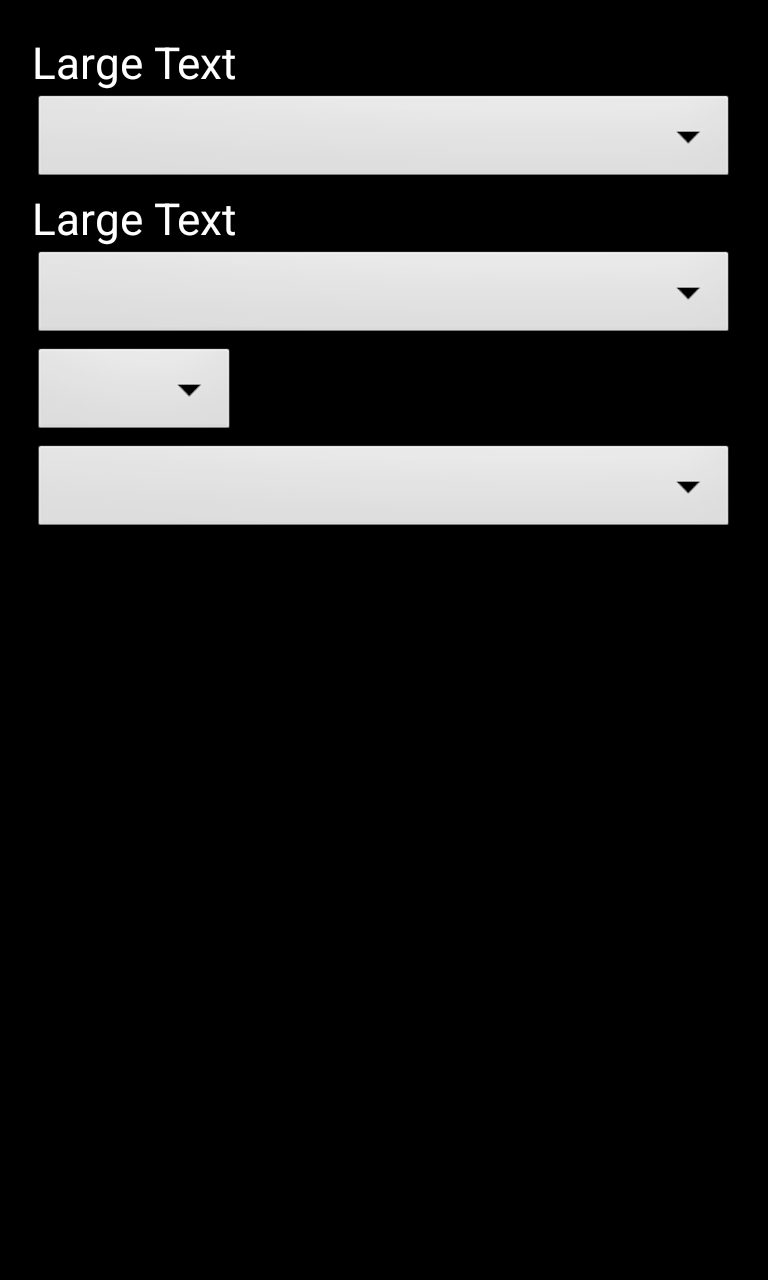
Repository: imhossu/FeedJulia
Layout: FeedJulia/res/layout/activity_survey.xml
These files come from the project's save history. The layout is drawn as it stood at one moment and after the next save; the edit follows.
It is drawn on a 768 x 1280 px phone screen (xhdpi) without system bars, with theme android:Theme.NoTitleBar; the app's code is not run.

Above is the layout before, as saved 2014-01-26 00:40:18.

After the next save:
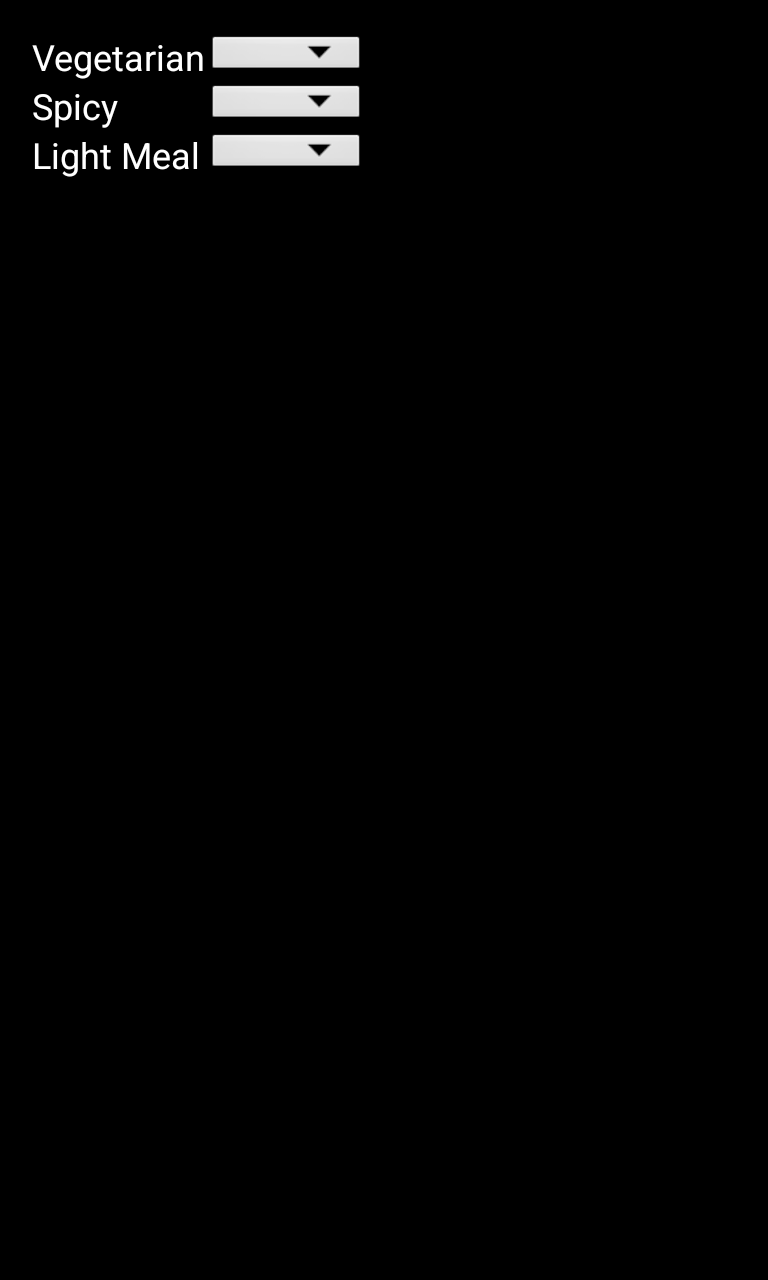
Saved 67 s later.
--- a/FeedJulia/res/layout/activity_survey.xml
+++ b/FeedJulia/res/layout/activity_survey.xml
@@ -29,41 +29,34 @@
             android:layout_height="wrap_content" >
 
             <TextView
-                android:id="@+id/textView1"
+                android:id="@+id/TextView01"
                 android:layout_width="wrap_content"
                 android:layout_height="wrap_content"
-                android:text="Large Text"
-                android:textAppearance="?android:attr/textAppearanceLarge" />
+                android:text="Vegetarian"
+                android:textAppearance="?android:attr/textAppearanceMedium" />
 
+            <Spinner
+                android:id="@+id/Spinner01"
+                android:layout_width="match_parent"
+                android:layout_height="match_parent" />
         </TableRow>
-
-        <Spinner
-            android:id="@+id/spinner2"
-            android:layout_width="wrap_content"
-            android:layout_height="wrap_content" />
-
-        <TextView
-            android:id="@+id/textView2"
-            android:layout_width="wrap_content"
-            android:layout_height="wrap_content"
-            android:text="Large Text"
-            android:textAppearance="?android:attr/textAppearanceLarge" />
-
-        <Spinner
-            android:id="@+id/spinner1"
-            android:layout_width="wrap_content"
-            android:layout_height="wrap_content" />
 
         <TableRow
             android:id="@+id/tableRow3"
             android:layout_width="wrap_content"
             android:layout_height="wrap_content" >
 
+            <TextView
+                android:id="@+id/TextView02"
+                android:layout_width="wrap_content"
+                android:layout_height="wrap_content"
+                android:text="Spicy"
+                android:textAppearance="?android:attr/textAppearanceMedium" />
+
             <Spinner
-                android:id="@+id/spinner3"
+                android:id="@+id/Spinner02"
                 android:layout_width="match_parent"
                 android:layout_height="match_parent" />
-
         </TableRow>
 
         <TableRow
@@ -71,12 +64,18 @@
             android:layout_width="wrap_content"
             android:layout_height="wrap_content" >
 
+            <TextView
+                android:id="@+id/textView3"
+                android:layout_width="wrap_content"
+                android:layout_height="wrap_content"
+                android:text="Light Meal"
+                android:textAppearance="?android:attr/textAppearanceMedium" />
+
+            <Spinner
+                android:id="@+id/spinner3"
+                android:layout_width="match_parent"
+                android:layout_height="match_parent" />
         </TableRow>
-
-        <Spinner
-            android:id="@+id/spinner4"
-            android:layout_width="wrap_content"
-            android:layout_height="wrap_content" />
 
     </TableLayout>
 
